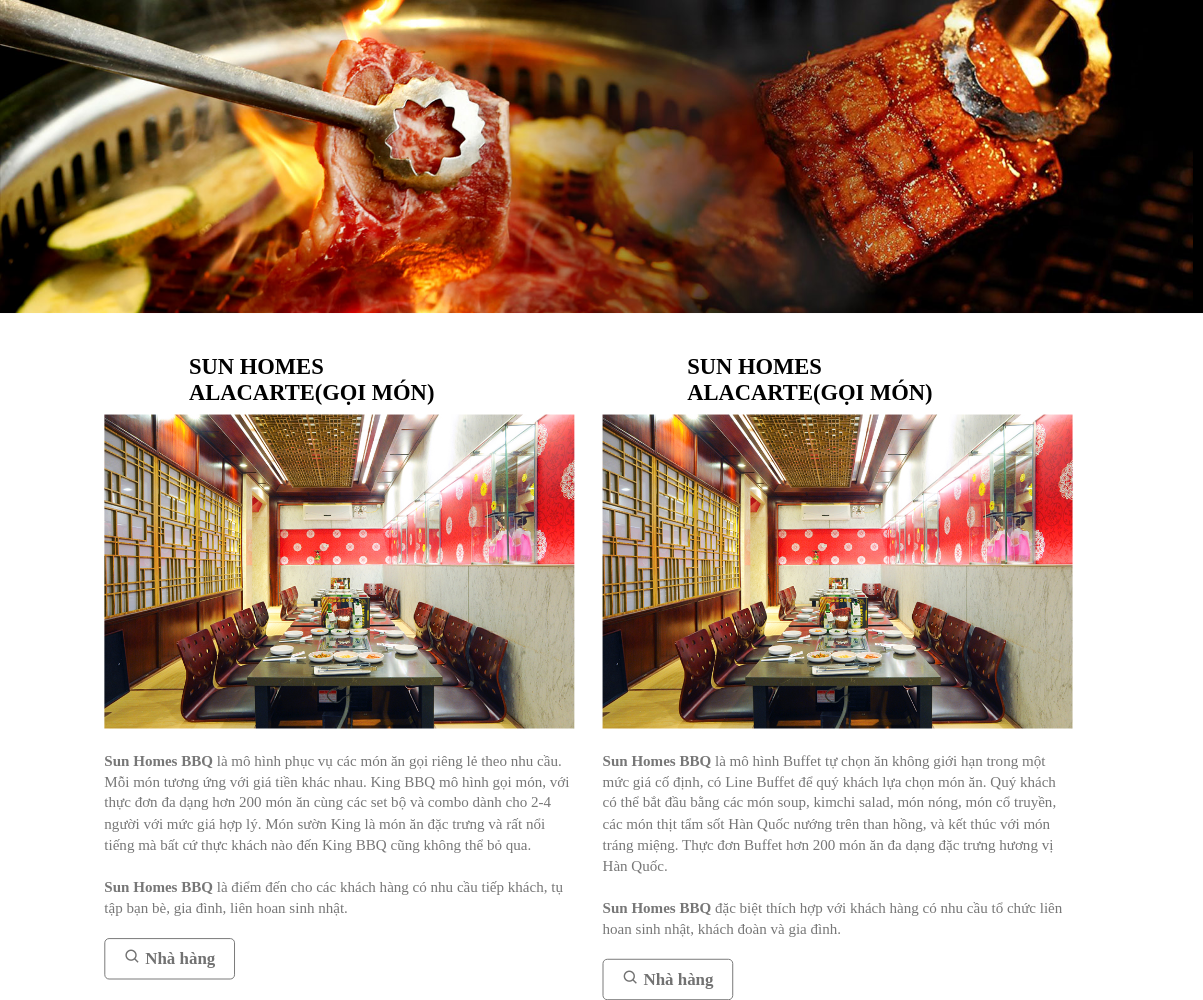
Repository: QUANGTHAI2003/sunhomesbbq
Page: GioiThieu.html
These files come from the project's save history. The page is drawn as it stood at one moment and after the next save; the edit follows.
The browser window is 1280 px wide. The pictures show the whole page, at 94% of full size.

Above is the page before, as saved 2022-02-13 11:33:10.

### GioiThieu.html
<!DOCTYPE html>
<html lang="en">
<head>
    <meta charset="UTF-8">
    <meta http-equiv="X-UA-Compatible" content="IE=edge">
    <meta name="viewport" content="width=device-width, initial-scale=1.0">
    <title>Document</title>
    <link href='https://unpkg.com/boxicons@2.1.1/css/boxicons.min.css' rel='stylesheet'>
    <link rel="stylesheet" href="style.css">
</head>
<body>
    <img src="img/banner.jpg" width="100%" top="0" alt="">
    <div class="wrapper">
        <div class="Gioi-Thieu1">
            <div class="heading-GT">SUN HOMES ALACARTE(GỌI MÓN)</div>
                <img src="./img/Gioi-Thieu1.jpg" alt="">
                <p class="para-GT"><strong>Sun Homes BBQ</strong> là mô hình phục vụ các món ăn gọi riêng lẻ theo nhu cầu. Mỗi món tương ứng với giá tiền khác nhau. King
                BBQ mô hình gọi món, với thực đơn đa dạng hơn 200 món ăn cùng các set bộ và combo dành cho 2-4 người với mức giá hợp lý.
                Món sườn King là món ăn đặc trưng và rất nổi tiếng mà bất cứ thực khách nào đến King BBQ cũng không thể bỏ qua. <br> <br>
                <strong>Sun Homes BBQ</strong> là điểm đến cho các khách hàng có nhu cầu tiếp khách, tụ tập bạn bè, gia đình, liên hoan sinh nhật.</p>
                <div class="btn-res">
                    <i class="bx bx-search"></i>
                    Nhà hàng
                </div>
        </div>
        <div class="Gioi-Thieu2">
            <div class="heading-GT">SUN HOMES ALACARTE(GỌI MÓN)</div>
                <img src="./img/Gioi-Thieu1.jpg" alt="">
                <p class="para-GT">
                    <strong>Sun Homes BBQ</strong> là mô hình Buffet tự chọn ăn không giới hạn trong một mức giá cố định, có Line Buffet để quý khách lựa
                    chọn món ăn. Quý khách có thể bắt đầu bằng các món soup, kimchi salad, món nóng, món cổ truyền, các món thịt tẩm sốt Hàn
                    Quốc nướng trên than hồng, và kết thúc với món tráng miệng. Thực đơn Buffet hơn 200 món ăn đa dạng đặc trưng hương vị
                    Hàn Quốc. <br> <br>
                    <strong>Sun Homes BBQ</strong> đặc biệt thích hợp với khách hàng có nhu cầu tổ chức liên hoan sinh nhật, khách đoàn và gia đình.
                <div class="btn-res">
                    <i class="bx bx-search"></i>
                    Nhà hàng
                </div>
        </div>
    </div>
</body>
</html>

### style.css
* {
    margin: 0;
    padding: 0;
    box-sizing: border-box;
}
html {
    scroll-behavior: smooth;
}
.container {
    overflow: hidden;
}

.header {
    height: 100px;
    background-color: #000;
    position: fixed;
    top: 0;
    right: 0;
    left: 0;
}

.header img {
    padding: 8px;
    width: 350px;
}
/* Navigation bar */

.nav {
    max-width: 85%;
    display: flex;
}

#logo {
    float: left;
    padding: 0 100px;
}

@media screen and (max-width: 1400px) {
    #logo {
        padding: 6px 50px;
    }
    .header img {
        width: 300px;
    }
    .nav a {
        font-size: 14px;
    }
}

.nav > ul {
    flex-wrap: wrap;
}

.nav li {
    list-style: none;
    line-height: 100px;
    font-weight: 500;
}

.nav li a {
    color: #c6c6c6;
    padding: 6px 15px;
    text-decoration: none;
}
.nav li a:active,
.nav li a:hover {
    color: #f3e385;
    font-weight: bold;
}
.nav li:active a {
    color: #f3e385;
    font-weight: bold;
}

.nav li:last-child a {
    border: 1px solid #c6c6c6;
    border-radius: 5px;
    text-transform: none;
}

.nav li:last-child a:hover {
    background-color: #f3e385;
    color: #000;
}
/* Content */
.content {
    height: 100vh;
}

.section-heading {
    font-family: 'Berkshire Swash', cursive;
    font-size: 30px;
    letter-spacing: 2px;
    word-spacing: 8px;
}

.content-section-sunhomes {
    display: flex;
    max-width: 85%;
    background-size: cover;
    background-position: 50% 50%;
    margin: 0 auto;
    padding: 24px;
}

.section-left-sunhomes {
    padding: 0 15px 30px;
    width: 50%;
}

.section-left-sunhomes .section-heading {
    font-size: 50px;
    margin: 0 0 15px;
    font-family: Berkshire Swash;
}

.section-left-sunhomes .section-content {
    font-size: 16px;
    margin: 0 0 20px;
    line-height: 1.4;
    color: #777777;
}

.section-left-sunhomes .section-content span {
    font-weight: 700;
}
.section-images-sunhomes {
    flex-basis: 50%;
}

.section-images-sunhomes img {
    width: 260px;
    height: 400px;
    flex-basis: 50%;
    padding: 15px;
}

@media screen and (max-width: 1400px) {
    .section-images-sunhomes img {
        width: 220px;
    }
}

.img-1 {
    display: inline-block;
    overflow: hidden;
    position: relative;
}

.img-1 img {
    transition: all 0.5s ease-in-out;
}

.img-1:hover img {
    -webkit-transform: scale(1.1);
    transform: scale(1.2);
}

.img-2 {
    display: inline-block;
    overflow: hidden;
    position: relative;
}

.img-2 img {
    transition: all 0.5s ease-in-out;
}

.img-2:hover img {
    -webkit-transform: scale(1.1);
    transform: scale(1.1);
}

.content-section-menu {
    display: flex;
    max-width: 85%;
    background-size: cover;
    background-position: 50% 50%;
    margin: 0 auto;
    padding: 24px;
}
.section-images-menu {
    display: flex;
}

.section-right-menu {
    flex: 1;
    padding: 30px 30px;
}

.section-right-menu .section-heading {
    color: #c0c0c0;
    font-size: 50px;
    margin: 0 15px;
}

.section-right-menu .section-content {
    font-size: 16px;
    margin: 0 20px;
    line-height: 1.4;
    color: #777777;
}

.section-right-menu .section-content span {
    font-weight: 700;
}
.section-images-menu {
    flex: 1;
}

.img-3 {
    filter: grayscale(100%);
}

.img-3:hover {
    filter: grayscale(0%);
    transition: 0.8s;
}

.img-4 {
    filter: grayscale(100%);
}

.img-4:hover {
    filter: grayscale(0%);
    transition: 0.8s;
}

.img-5 {
    filter: grayscale(100%);
}

.img-5:hover {
    filter: grayscale(0%);
    transition: 0.8s;
}

.img-6 {
    filter: grayscale(100%);
}

.img-6:hover {
    filter: grayscale(0%);
    transition: 0.8s;
}

.section-images-menu img {
    width: 280px;
    height: 200px;
    flex-basis: 25%;
    padding: 15px;
}

.bg-menu {
    background-color: #000;
    height: 480px;
}

.btn-menu {
    display: inline-block;
    color: #c0c0c0;
    font-size: 18px;
    padding: 10px 20px;
    border: 1px solid #c6c6c6;
    border-radius: 5px;
    text-transform: none;
    margin: 12px 20px;
}

.btn-menu:hover {
    color: #555;
    background: #ccc;
    font-weight: bold;
}

.btn-menu .icon-menu {
    color: #c0c0c0;
    font-size: 16px;
}

.btn-menu:hover .icon-menu {
    color: #555;
    background: #ccc;
    font-weight: bold;
}

.icon-menu:hover {
    color: #ccc;
    background: #000;
}

.btn-res {
    display: inline-block;
    color: #727272;
    font-size: 18px;
    padding: 10px 20px;
    border: 1px solid #727272;
    border-radius: 5px;
    text-transform: none;
    font-weight: bold;
}

.btn-res:hover {
    color: #ccc;
    background: #555;
    font-weight: bold;
}

.btn-res .icon-menu {
    color: #000;
    font-size: 16px;
}

/* Footer */
.footer {
    background: #000;
    font-size: 14px;
    line-height: 1.4;
}

.copyright {
    display: flex;
    max-width: 80%;
    margin: 0 auto;
    justify-content: space-between;
    color: #ffffff80;
    padding: 10px;
    bottom: 0;
}

.sign-now {
    background: url(./img/banner.jpg);
    width: 100%;
    height: 100px;
}

.endow {
    max-width: 80%;
    margin: 0 auto;
    opacity: 1;
}

.sign-now span {
    color: #000;
    line-height: 100px;
    margin: 0 20px;
    font-size: 18px;
    font-weight: 500;
}

.sign-now .endow #Email {
    width: 360px;
    height: 40px;
    border-radius: 20px;
    padding: 0 15px;
    margin: 0 5px 0 120px;
    background: rgba(204, 204, 204, 0.4);
    outline: none;
}

.sign-now .endow #Email::placeholder {
    color: #fff;
    font-size: 18px;
}

.sign-now .endow #sign {
    width: 150px;
    height: 40px;
    border-radius: 8px;
    background: #f3e385;
}

.sign-now .endow #sign::placeholder {
    color: #000;
    font-size: 18px;
    font-weight: bold;
}

.sign-now .endow #sign:hover {
    opacity: 0.8;
}

@media screen and (max-width: 1400px) {
    .sign-now span {
        font-size: 16px;
    }

    .sign-now .endow #Email {
        margin: 0 5px 0 60px;
        width: 200px;
    }

    .sign-now .endow #sign {
        width: 120px;
    }
}

.brand {
    display: flex;
    height: 100px;
    justify-content: space-between;
    align-items: center;
    margin: 0 auto;
    max-width: 85%;
}

.brand img {
    width: 8%;
    height: 50px;
}

.brand1 {
    filter: grayscale(100%);
}

.brand1:hover {
    filter: grayscale(0%);
    transition: 0.8s;
}

.brand2 {
    filter: grayscale(100%);
}

.brand2:hover {
    filter: grayscale(0%);
    transition: 0.8s;
}

.brand3 {
    filter: grayscale(100%);
}

.brand3:hover {
    filter: grayscale(0%);
    transition: 0.8s;
}

.brand4 {
    filter: grayscale(100%);
}

.brand4:hover {
    filter: grayscale(0%);
    transition: 0.8s;
}

.brand5 {
    filter: grayscale(100%);
}

.brand5:hover {
    filter: grayscale(0%);
    transition: 0.8s;
}

.brand6 {
    filter: grayscale(100%);
}

.brand6:hover {
    filter: grayscale(0%);
    transition: 0.8s;
}

.brand7 {
    filter: grayscale(100%);
}

.brand7:hover {
    filter: grayscale(0%);
    transition: 0.8s;
}

.brand8 {
    filter: grayscale(100%);
}

.brand8:hover {
    filter: grayscale(0%);
    transition: 0.8s;
}

.brand9 {
    filter: grayscale(100%);
}

.brand9:hover {
    filter: grayscale(0%);
    transition: 0.8s;
}

.brand10 {
    filter: grayscale(100%);
}

.brand10:hover {
    filter: grayscale(0%);
    transition: 0.8s;
}

#myBtn {
    position: fixed;
    bottom: 30px;
    right: 10px;
    float: right;
    right: 5%;
    left: 95%;
    max-width: 30px;
    width: 80px;
    font-size: 20px;
    border-color: rgba(85, 85, 85, 0.2);
    background-color: rgb(100, 100, 100);
    padding: 1px;
    border-radius: 60px;
}

.arrow {
    font-size: 20px;
    padding: 1px 0;
}

#myBtn:hover {
    opacity: 0.8;
}

/* Gioi Thieu */
.wrapper {
    display: flex;
    max-width: 85%;
    margin: 0 auto;
}

.heading-GT {
    display: inline-block;
    font-size: 24px;
    padding: 10px 90px;
    font-weight: bold;
}

.para-GT {
    line-height: 1.4;
    margin: 20px 0;
    color: #777777;
}

.Gioi-Thieu1,
.Gioi-Thieu2 {
    width: 600px;
    height: 750px;
    margin: 30px 30px;
}

.Gioi-Thieu1 img,
.Gioi-Thieu2 img {
    width: 600px;
}

@media screen and (max-width: 1400px) {
    .Gioi-Thieu1,
    .Gioi-Thieu2 {
        width: 500px;
        height: 550px;
        margin: 30px 15px;
    }

    .Gioi-Thieu1 img,
    .Gioi-Thieu2 img {
        width: 500px;
    }
}

After the next save:
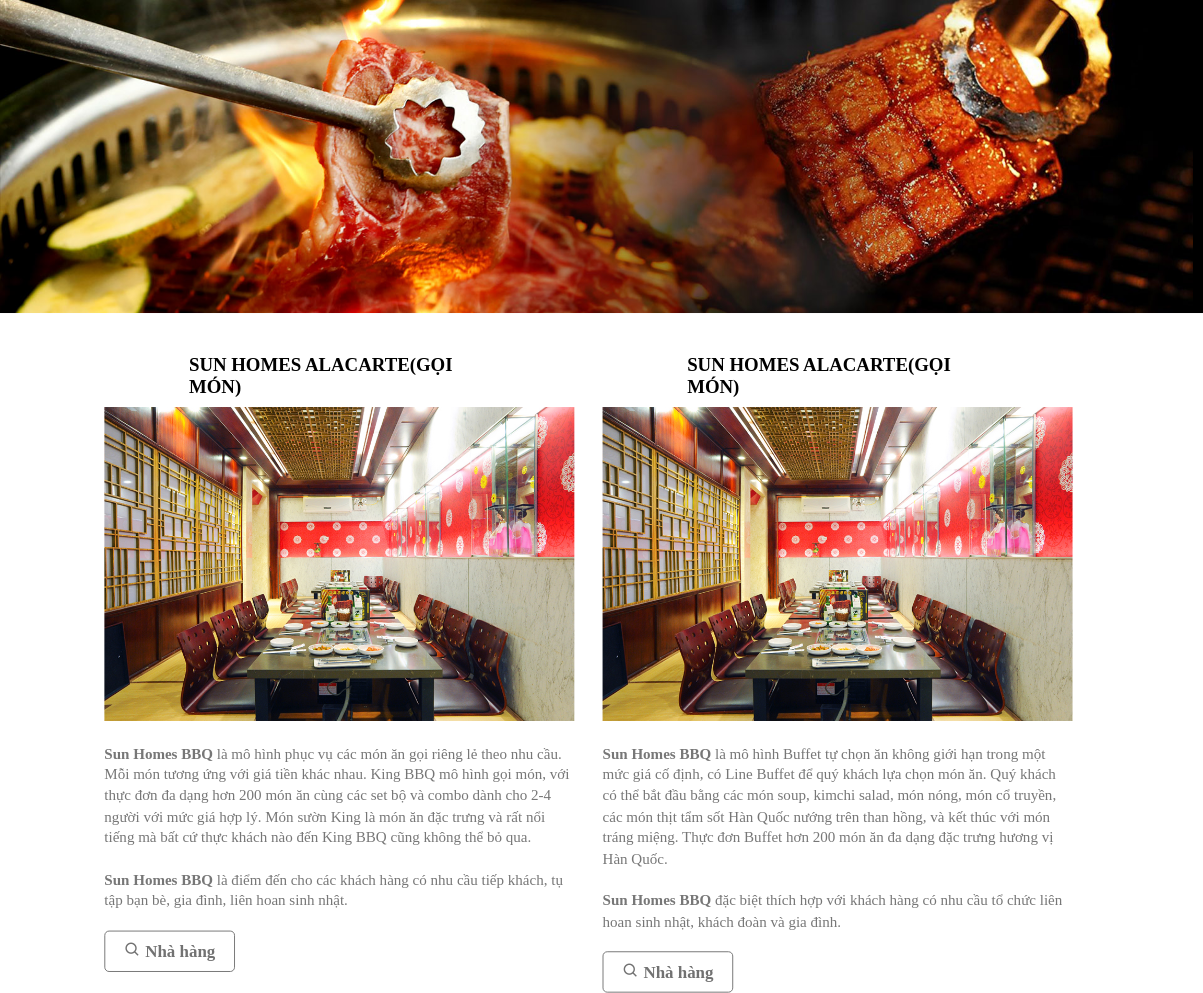
Saved 25 s later.
--- a/style.css
+++ b/style.css
@@ -568,4 +568,11 @@
     .Gioi-Thieu2 img {
         width: 500px;
     }
-}
+
+    .heading-GT {
+        display: inline-block;
+        font-size: 20px;
+        padding: 10px 90px;
+        font-weight: bold;
+    }
+}
